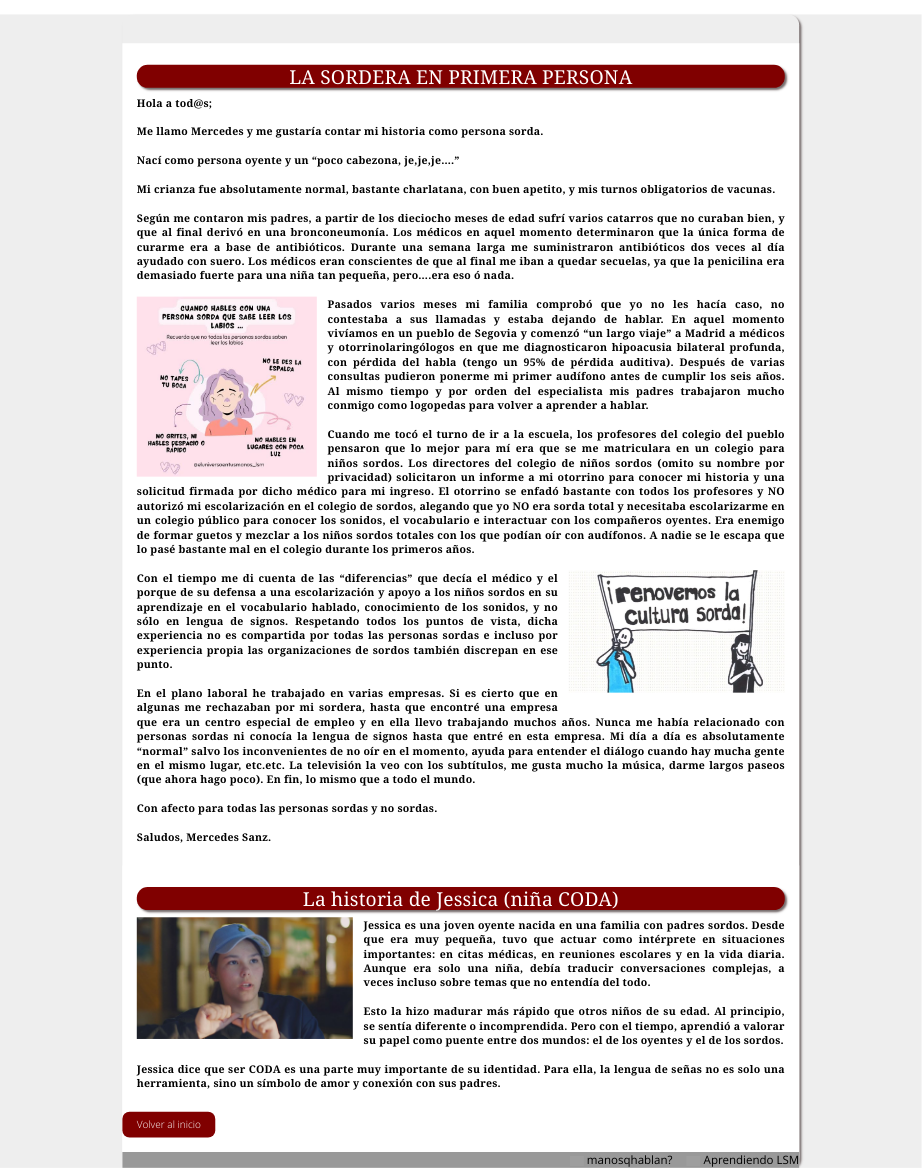
Repository: Ros4ri/beta
Page: relatos.html
An editor plug-in stored every save of this project. The page is shown before and after the next save, followed by the edit.
The browser window is 1280 px wide. The pictures show the whole page, at 72% of full size.
Pictures or frames that could not be fetched are drawn as grey boxes.

Above is the page before, as saved 2025-06-02 20:23:37.

After the next save:
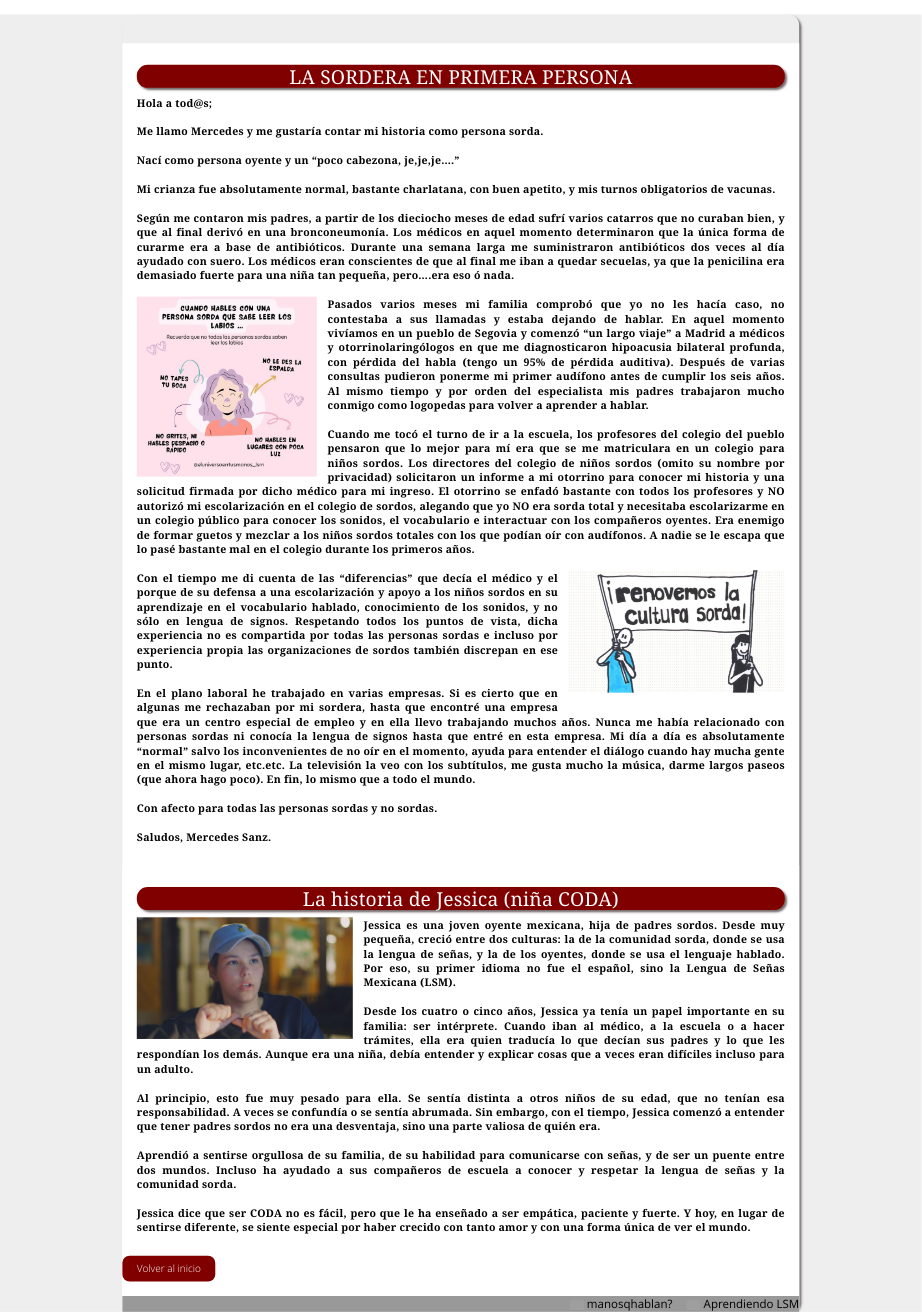
Saved 3 min 20 s later.
--- a/relatos.html
+++ b/relatos.html
@@ -64,11 +64,15 @@ Mercedes Sanz.
 <h2 class="text-center fg-white efectos" style="background-color: #800000; font-family:Cambria, Cochin, Georgia, Times, 'Times New Roman', serif;">La historia de Jessica (niña CODA)</h2>
 <h4 style="font-family: Cambria, Cochin, Georgia, Times, 'Times New Roman', serif; text-align: justify;">
     <img src="img/jessica.jpeg" width="300" height="200" style="float: left; margin-right: 15px; margin-bottom: 10px;">
-    Jessica es una joven oyente nacida en una familia con padres sordos. Desde que era muy pequeña, tuvo que actuar como intérprete en situaciones importantes: en citas médicas, en reuniones escolares y en la vida diaria. Aunque era solo una niña, debía traducir conversaciones complejas, a veces incluso sobre temas que no entendía del todo.<br>
+   Jessica es una joven oyente mexicana, hija de padres sordos. Desde muy pequeña, creció entre dos culturas: la de la comunidad sorda, donde se usa la lengua de señas, y la de los oyentes, donde se usa el lenguaje hablado. Por eso, su primer idioma no fue el español, sino la Lengua de Señas Mexicana (LSM).<br>
 <br>
-Esto la hizo madurar más rápido que otros niños de su edad. Al principio, se sentía diferente o incomprendida. Pero con el tiempo, aprendió a valorar su papel como puente entre dos mundos: el de los oyentes y el de los sordos.<br>
+Desde los cuatro o cinco años, Jessica ya tenía un papel importante en su familia: ser intérprete. Cuando iban al médico, a la escuela o a hacer trámites, ella era quien traducía lo que decían sus padres y lo que les respondían los demás. Aunque era una niña, debía entender y explicar cosas que a veces eran difíciles incluso para un adulto.<br>
 <br>
-Jessica dice que ser CODA es una parte muy importante de su identidad. Para ella, la lengua de señas no es solo una herramienta, sino un símbolo de amor y conexión con sus padres.<br>
+Al principio, esto fue muy pesado para ella. Se sentía distinta a otros niños de su edad, que no tenían esa responsabilidad. A veces se confundía o se sentía abrumada. Sin embargo, con el tiempo, Jessica comenzó a entender que tener padres sordos no era una desventaja, sino una parte valiosa de quién era.<br>
+<br>
+Aprendió a sentirse orgullosa de su familia, de su habilidad para comunicarse con señas, y de ser un puente entre dos mundos. Incluso ha ayudado a sus compañeros de escuela a conocer y respetar la lengua de señas y la comunidad sorda.<br>
+<br>
+Jessica dice que ser CODA no es fácil, pero que le ha enseñado a ser empática, paciente y fuerte. Y hoy, en lugar de sentirse diferente, se siente especial por haber crecido con tanto amor y con una forma única de ver el mundo.<br>
 </h4>
         </div>
     </article>
